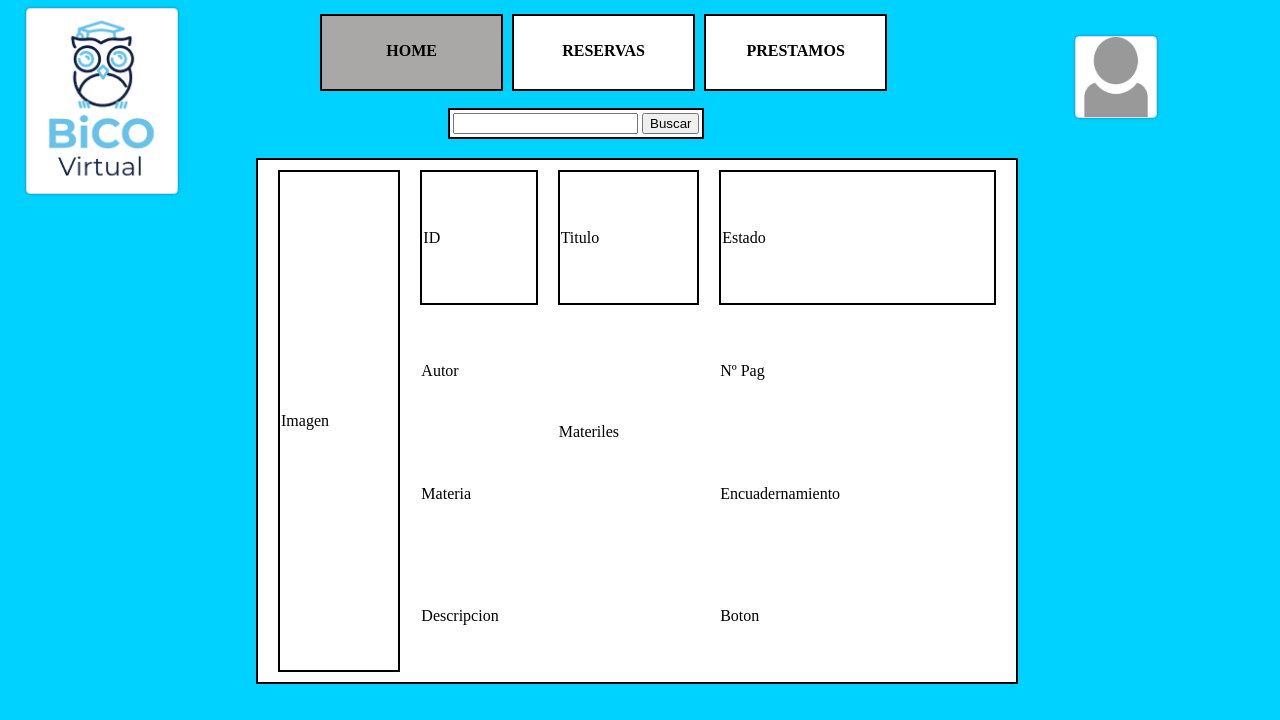
Repository: i72frpeu/IW_Bien
Page: http://localhost/Trabajo_IW/Vistas/Libro.jsp
These files come from the project's save history. The page is drawn as it stood at one moment and after the next save; the edit follows.
The browser window is 1280 px wide. The pictures show the whole page.
The page is served by Tomcat 9.

Above is the page before, as saved 2020-05-16 18:07:45.

After the next save:
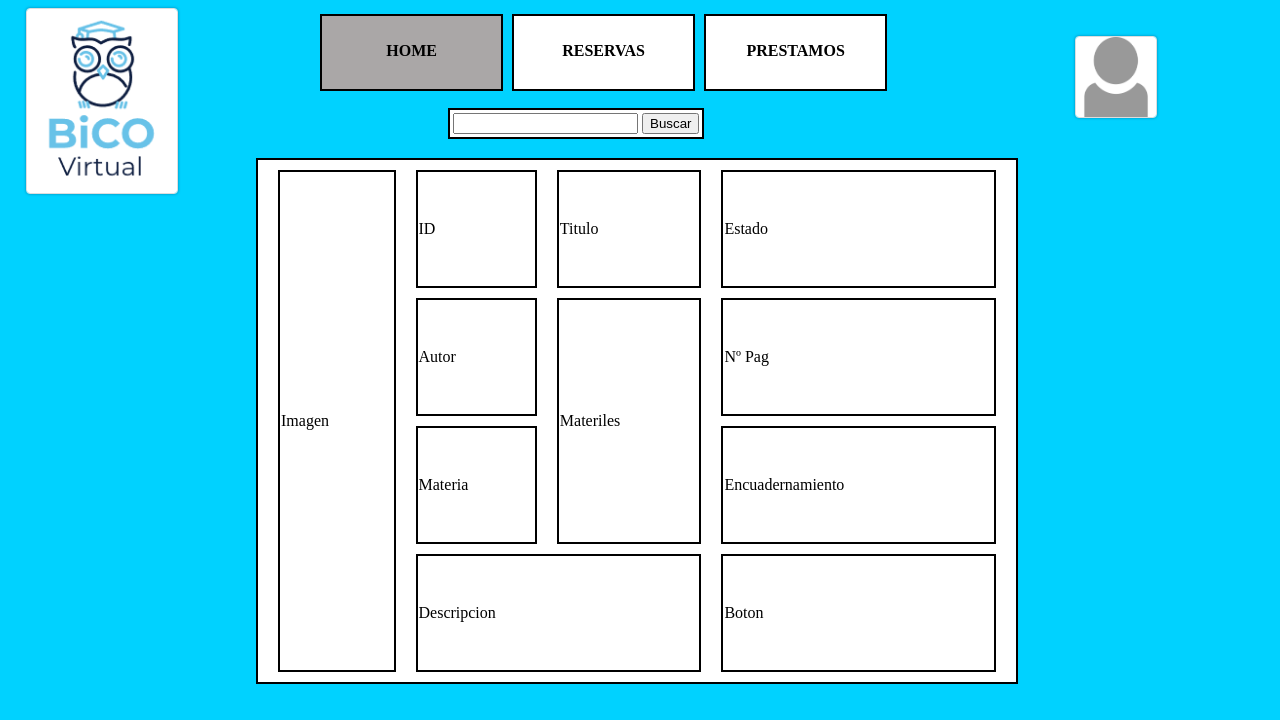
Saved 47 s later.
--- a/WorkSpace/Trabajo IW/WebContent/Vistas/Libro.jsp
+++ b/WorkSpace/Trabajo IW/WebContent/Vistas/Libro.jsp
@@ -32,13 +32,13 @@
 			<td class = "tdlibro" rowspan = 4> Imagen </td> <td class = "tdlibro"> ID </td> <td class = "tdlibro"> Titulo </td> <td class = "tdlibro"> Estado </td>
 		</tr>
 		<tr>
-			<td> Autor </td> <td rowspan = 2> Materiles </td> <td> Nº Pag </td>
+			<td class = "tdlibro" > Autor </td> <td class = "tdlibro" rowspan = 2> Materiles </td> <td class = "tdlibro"> Nº Pag </td>
 		</tr>
 		<tr>
-			<td> Materia </td> <td> Encuadernamiento </td>
+			<td class = "tdlibro"> Materia </td> <td class = "tdlibro"> Encuadernamiento </td>
 		</tr>
 		<tr>
-			<td colspan = 2> Descripcion </td> <td> Boton </td>
+			<td class = "tdlibro" colspan = 2> Descripcion </td> <td class = "tdlibro"> Boton </td>
 		</tr>
 	</table>
   </div>
